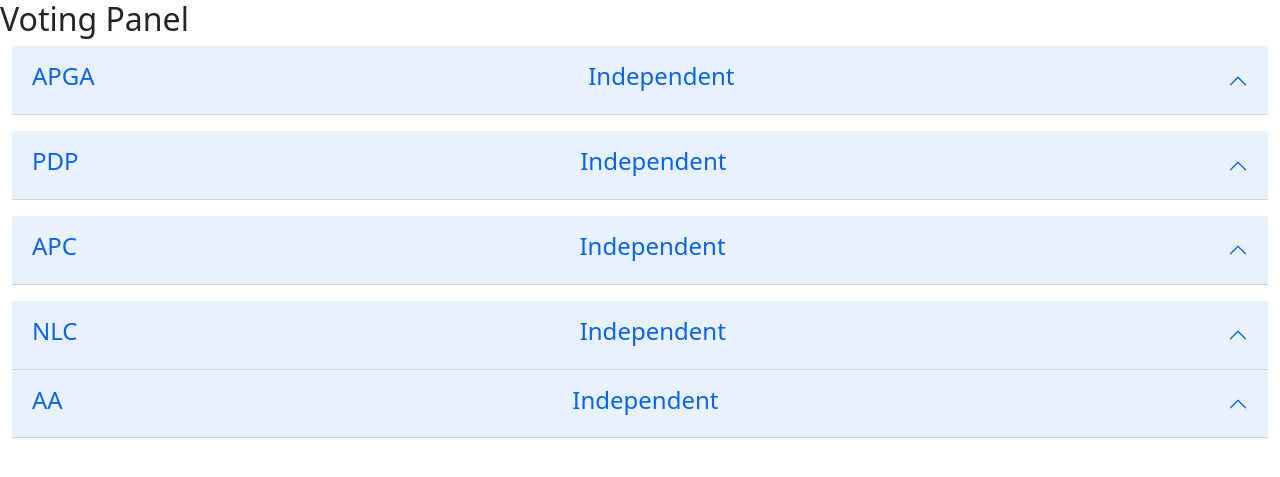
Repository: DavidManiIbrahim/Voting-app
Page: panel.html
An editor plug-in stored every save of this project. The page is shown before and after the next save, followed by the edit.
The browser window is 1280 px wide. The pictures show the whole page.

Above is the page before, as saved 2025-01-20 06:19:37.

After the next save:
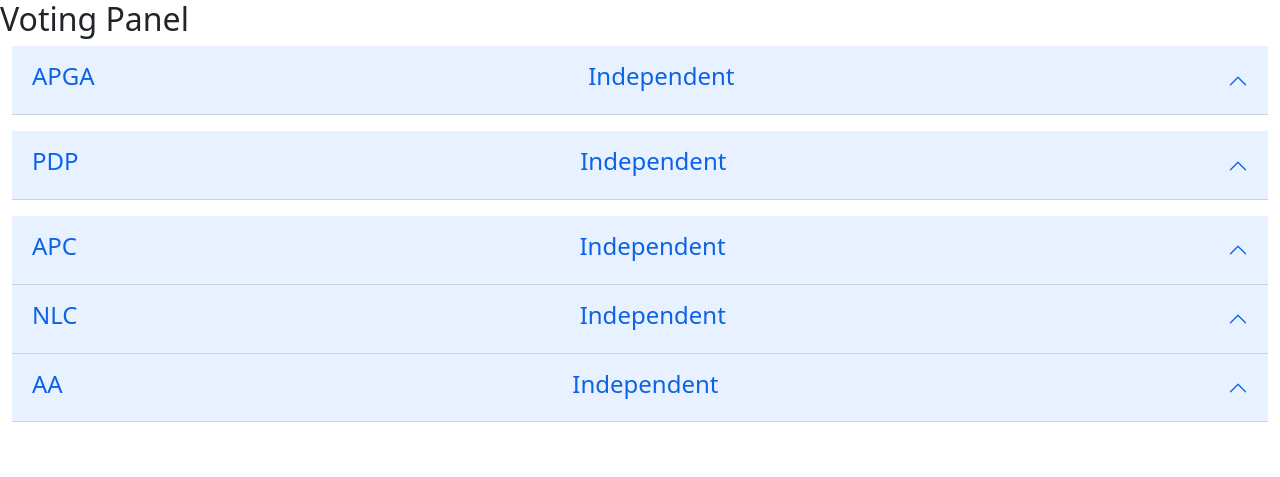
Saved 5 s later.
--- a/panel.html
+++ b/panel.html
@@ -53,8 +53,7 @@
             <h4 class="ms-auto">Independent</h4>
             <img src="" alt="">
         </button>
-        <p>
-        <ul class="collapse list-unstyled" id="accord2">
+               <ul class="collapse list-unstyled" id="accord2">
             <li>Name</li>
             <li>Age</li>
             <li>Party</li>
